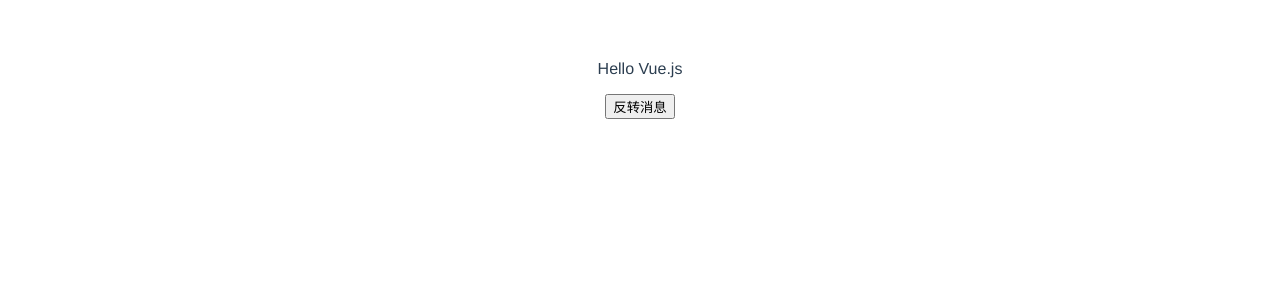
Repository: zhanghuihb/vue-demo
Page: /
An editor plug-in stored every save of this project. The page is shown before and after the next save, followed by the edit.
The browser window is 1280 px wide. The pictures show the whole page.
The project was rebuilt for these pictures with package versions that can differ from the ones it lists, and the page was loaded fresh each time.

Above is the page before, as saved 2020-10-23 15:28:49.

### src/components/HelloWorld.vue
<template>
  <div class="hello">
    <!-- <span v-bind:title="msg">
      鼠标悬停几秒钟查看此处动态绑定的提示信息！
    </span> -->
    <p>{{msg}}</p>
    <button v-on:click="reverseMessage">反转消息</button>
  </div>
</template>

<script>
export default {
  name: 'HelloWorld',
  data () {
    return {
      msg: 'Hello Vue.js'
    }
  },
  methods: {
    reverseMessage: function () {
      this.msg = this.msg.split('').reverse().join('')
    }
  }
}
</script>

<!-- Add "scoped" attribute to limit CSS to this component only -->
<style scoped>
h1, h2 {
  font-weight: normal;
}
ul {
  list-style-type: none;
  padding: 0;
}
li {
  display: inline-block;
  margin: 0 10px;
}
a {
  color: #42b983;
}
</style>

Loaded but not shown: index.html (common file); src/main.js (common file); src/App.vue (common file); src/router/index.js (common file)

After the next save:
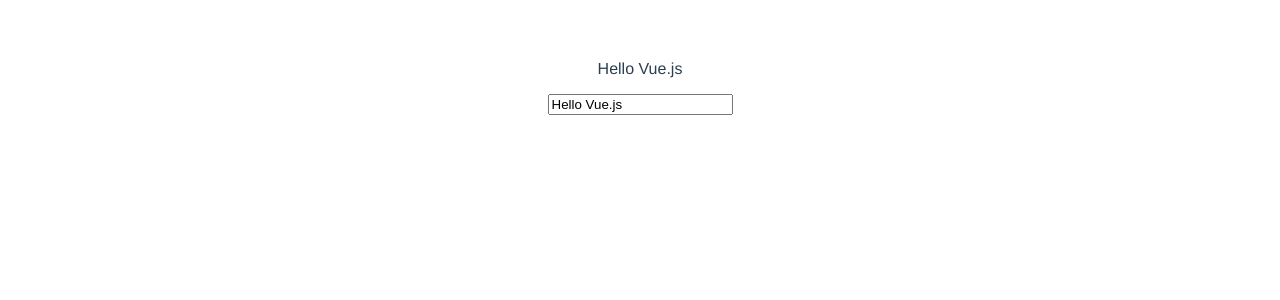
Saved 2 min 19 s later.
--- a/src/components/HelloWorld.vue
+++ b/src/components/HelloWorld.vue
@@ -3,8 +3,10 @@
     <!-- <span v-bind:title="msg">
       鼠标悬停几秒钟查看此处动态绑定的提示信息！
     </span> -->
+    <!-- <p>{{msg}}</p>
+    <button v-on:click="reverseMessage">反转消息</button> -->
     <p>{{msg}}</p>
-    <button v-on:click="reverseMessage">反转消息</button>
+    <input v-model="msg">
   </div>
 </template>
 
